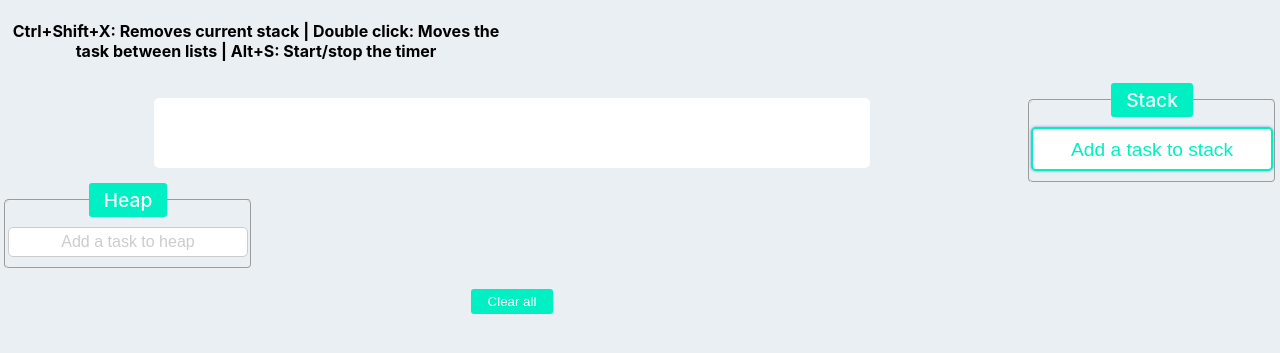
Repository: litalsh/meeting_v1
Page: /
The author's editor kept a copy of each file at every save. The page is drawn from the files as they stood at one save, then again after the next save.
The browser window is 1280 px wide. The pictures show the whole page.
The project was rebuilt for these pictures with package versions that can differ from the ones it lists, and the page was loaded fresh each time. Also part of the build but not shown: src/Task.js.

Above is the page before, as saved 2020-12-13 19:10:31.

After the next save:
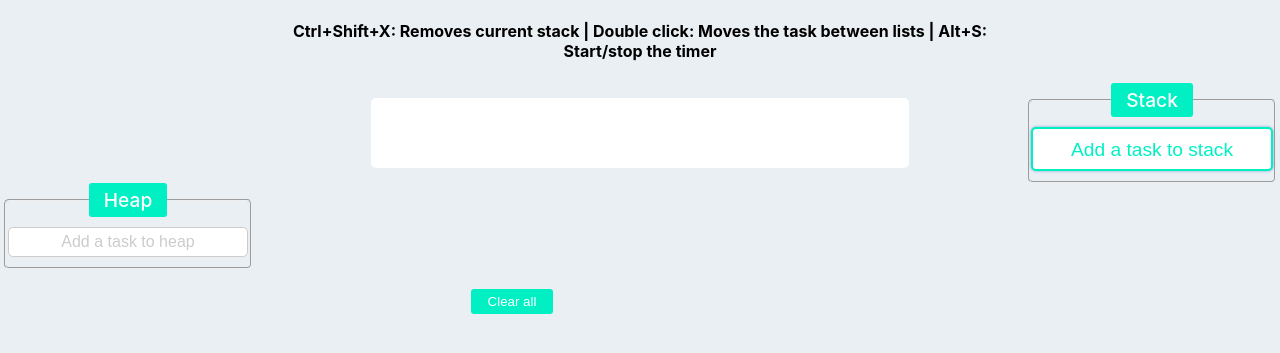
Saved 79 s later.
--- a/src/App.css
+++ b/src/App.css
@@ -4,7 +4,8 @@ body{
 
 h4 {
   text-align: center;
-  grid-column: 1/3;}
+  grid-column: 2/5;
+}
 
 .container {
   display: grid;
@@ -14,7 +15,7 @@ h4 {
 .current-task {
   text-align: center;
   height: 70px;
-  grid-column: 1/5;
+  grid-column: 2/5;
   width: 70%;
   background: #fff;
   margin: 15px auto;
